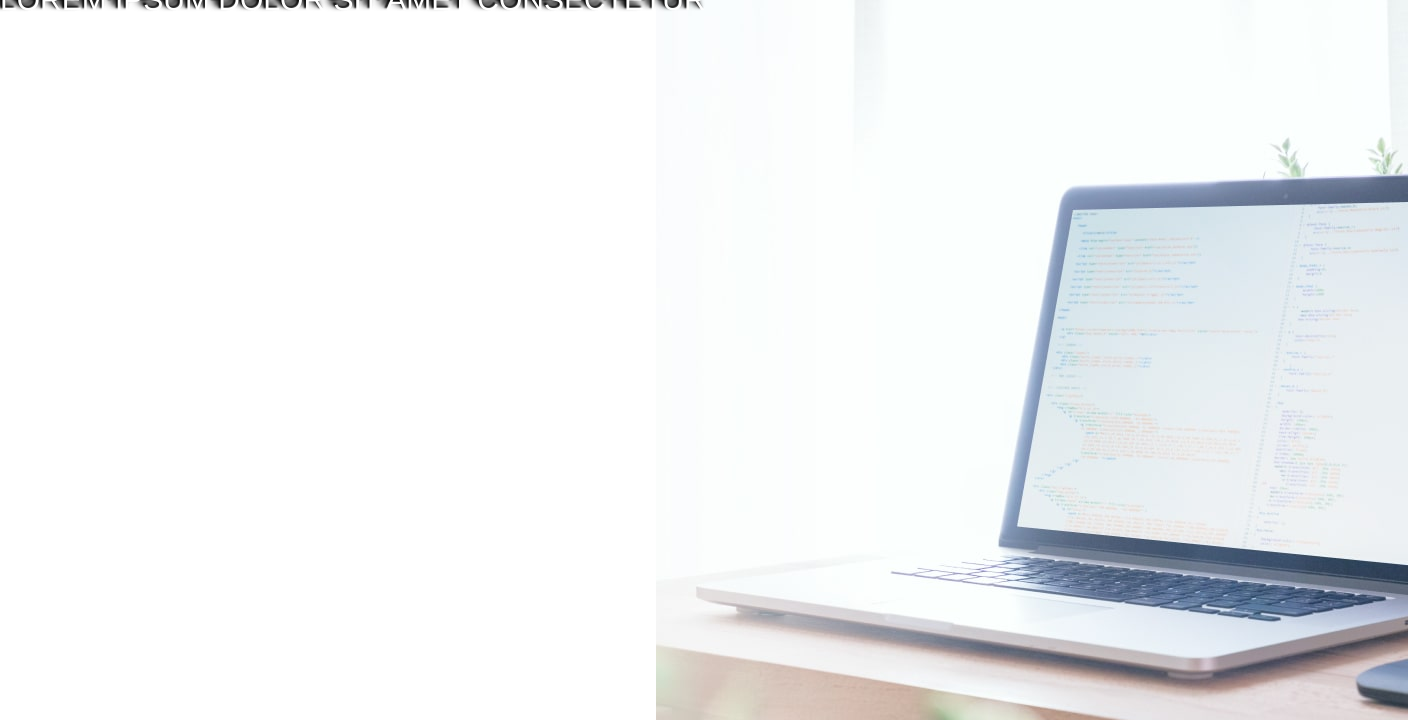
Repository: iKrekus/HTMLAcademy-mysite
Page: test.html
The author's editor kept a copy of each file at every save. The page is drawn from the files as they stood at one save, then again after the next save.
The browser window is 1280 px wide. The page is 1408 px wide, so the pictures cover 1408 px, including what lies to the right of the window. The pictures show the whole page.

Above is the page before, as saved 2022-09-28 18:04:24.

After the next save:
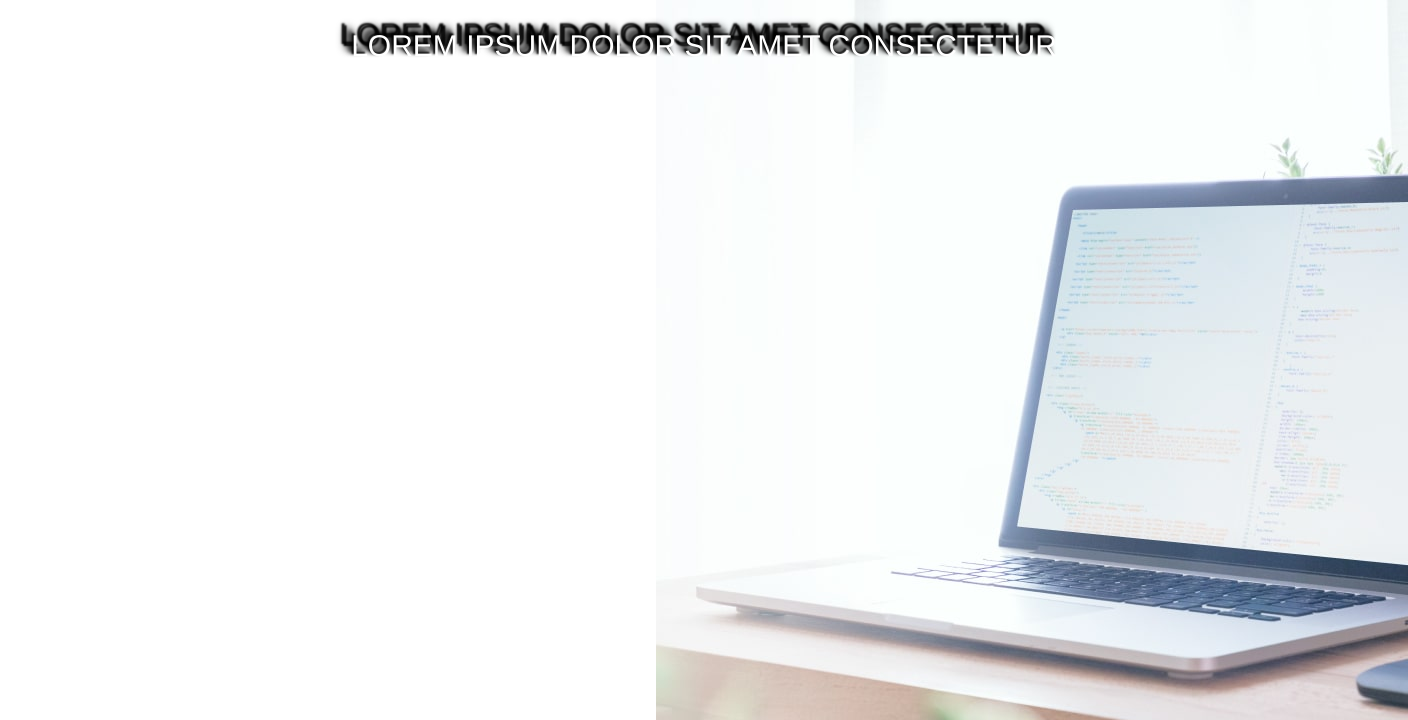
Saved 6 min 31 s later.
--- a/style.css
+++ b/style.css
@@ -364,11 +364,11 @@ body {
 }
 .middle-box{
   position: absolute;
-  left: 0;
-  top: 0;
-  display: flex;
-  align-items: center;
-  align-content: center;
-  height: 100%;
-  width: 100%;
-}
+    left: 0;
+    top: 0;
+    margin: 0;
+    display: flex;
+    height: 100%;
+    width: 100%;
+    justify-content: center;
+}
